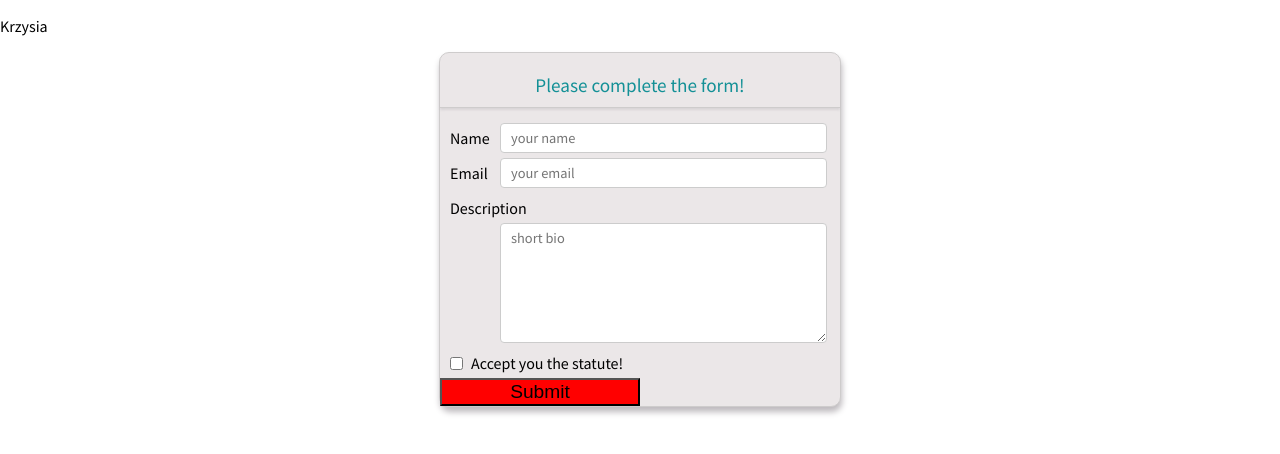
Repository: KrzysKolo/sr_tydzien4_zad2
Page: /
These files come from the project's save history. The page is drawn as it stood at one moment and after the next save; the edit follows.
The browser window is 1280 px wide. The pictures show the whole page.
The project was rebuilt for these pictures with package versions that can differ from the ones it lists, and the page was loaded fresh each time. Also part of the build but not shown: src/components/formComponents/ErrorMessage.js, src/components/formComponents/Message.js.

Above is the page before, as saved 2020-11-27 21:40:20.

### src/index.css
@import url("https://fonts.googleapis.com/css?family=Source+Sans+Pro");
body {
  margin: 0;
  font-family: "Source Sans Pro", sans-serif;
}

code {
  font-family: source-code-pro, Menlo, Monaco, Consolas, "Courier New",
    monospace;
}

### src/App.js
import React from 'react'
import Form from './components/Form';

function App() {
  return (
    <div>
      <p>Krzysia</p>
      <Form />
    </div>
  )
}

export default App

### src/components/Form.js
import React, { Component } from 'react';
import Input from './formComponents/Input';
import TextArea from './formComponents/TextArea';
import Checkbox from './formComponents/Checkbox';
import Button from './formComponents/Button';
import Header from './formComponents/Header';
import Message from './formComponents/Message';
import styled from 'styled-components';

const ContainerForm = styled.form`
width: 80%;
max-width: 400px;
background: rgb(235, 231, 232);
border: 1px solid rgb(206, 204, 204);
border-radius: 10px;
box-shadow: 1px 5px 6px rgb(189, 185, 189);
margin: 0 auto;
`;

class Form extends Component {

state = {
    Name: '',
    Email: '',
    Description: '',
    accept: false,
    message: '',
    errors: {
        Name: false,
        Email: false,
        Description: false,
        accept: false,
        }
}
message = {
    Name_incorrect: "Nazwa musi być dłuższa niż 5 znaków i nie może zawierać spacji",
    Email_incorrect: "Brak @ lub adres zawiera spacje",
    Description_incorrect: "Opis musi zawierać co najmniej 3 znaki",
    accept_incorrect: "Nie potwierdziłeś regulaminu",
}

handleChange = e =>{
    const inputName = e.target.name;
    const type = e.target.type
    if(type === "text" || type === "email" ) {
        const value = e.target.value;
        this.setState({
            [inputName] : value,
        })
    } else if (type === "checkbox") {
      const checked = e.target.checked;
      console.log(checked);
      this.setState({
        [inputName]: checked,
      })
    }
}
onSubmit = e => {
    e.preventDefault();
    const validation = this.formValidation();
    if(validation.correct) {
      this.setState({
        Name: "",
        Email: "",
        Description: '',
        accept: false,
        message: "The form has been submitted!",
        errors: {
          Name: false,
          Email: false,
          Description: false,
          accept: false,
        }
      })
    } else {
      this.setState({
        errors: {
          Name: !validation.Name,
          Email: !validation.Email,
          Description: !validation.Description,
          accept: !validation.accept,
        }
      })
    }
}

formValidation = () => {
    let Name = false;
    let Email = false;
    let Description = false;
    let accept = false;
    let correct = false;
    if(this.state.Name.length > 5) {
      Name = true;
    }
    if(this.state.Email.indexOf('@') !== -1 && this.state.Email.lastIndexOf(' ') === -1) {
      Email = true;
    }
    if(this.state.Description.length >= 3) {
      Description = true;
    }
    if(this.state.accept) {
      accept = true;
    }
    if (Name && Email && Description && accept){
        correct = true;
      }
   return ({
      Name,
      Email,
      Description,
      accept,
      correct,

    })

  }

    render () {

    return (
        <ContainerForm onSubmit={this.onSubmit} noValidate>
          <Header />
          <Input type="text" placeholder="your name" value={this.state.Name} name="Name" onChange={this.handleChange} errorInfo={this.state.errors.Name} message={this.message.Name_incorrect} />
          <Input type="email" placeholder="your email" value={this.state.Email} name="Email" onChange={this.handleChange} errorInfo={this.state.errors.Email} message={this.message.Email_incorrect} />
          <TextArea  type="text" rows="6" placeholder="short bio" value={this.state.Description} name="Description" onChange={this.handleChange} errorInfo={this.state.errors.Description} message={this.message.Description_incorrect} />
          <Checkbox  type="checkbox" name="accept" checked={this.state.accept}  onChange={this.handleChange} errorInfo={this.state.errors.accept} message={this.message.accept_incorrect} />
          <Button type="submit" />
          {this.state.message && <Message message={this.state.message} /> }
        </ContainerForm>
    )
    }
}

export default Form

### src/components/formComponents/Input.js
import React from 'react'
import styled from 'styled-components';
import ErrorMessage from './ErrorMessage';
const InputDiv = styled.div`
    display: flex;
    flex-direction: row;
    align-content: center;
    margin: 0 auto;
    padding-top: 5px;

`;
const InputLabel = styled.label`
    width: 10%;
    font-size: 1rem;
    padding: 5px 10px;
`;
const inputStyles = errorInfo => `
    width: 80%;
    max-width: 305px;
    padding: 5px 10px;
    border: 1px solid ${errorInfo ? '#d3170d' : '#ccc'};
    border-radius: 4px;
    font-family: inherit;
    font-size: 0.9rem;

`;
const InputError = styled.input`
    ${props => inputStyles(props.errorInfo)}
`;

const TextArea = (props) => {
    const { name, message, errorInfo }= props;
    return (
        <>
            <InputDiv>
                <InputLabel htmlFor={name} >{name} </InputLabel>
                <InputError id={name} {...props} errorInfo={errorInfo} message={message}/>
            </InputDiv>
            {errorInfo && <ErrorMessage message={message} /> }
        </>
    )

}

export default TextArea;

### src/components/formComponents/TextArea.js
import React from 'react'
import styled from 'styled-components';
import ErrorMessage from './ErrorMessage';

const TextAreaDiv = styled.div`
    display: flex;
    flex-direction: column;
    align-content: center;
    margin: 0 auto;
    padding-top: 5px;

`;
const TextAreaLabel = styled.label`
    width: 10%;
    font-size: 1rem;
    padding: 5px 10px;
`;
const textAreaStyles = errorInfo => `
    width: 80%;
    max-width: 305px;
    margin: 0 auto 0 15%;
    padding: 5px 10px;
    border: 1px solid ${errorInfo ? '#d3170d' : '#ccc'};
    border-radius: 4px;
    font-family: inherit;
    font-size: 0.9rem;

`;
const TextAreaError = styled.textarea`
    ${props => textAreaStyles(props.errorInfo)}
`;

const Input = (props) => {
    const { name, message, errorInfo }= props;
    return (
        <>
            <TextAreaDiv>
                <TextAreaLabel htmlFor={name}>{name} </TextAreaLabel>
                <TextAreaError id={name} {...props} errorInfo={errorInfo} message={message}/>
            </TextAreaDiv>
            {errorInfo && <ErrorMessage message={message} /> }
        </>
    )

}

export default Input;

### src/components/formComponents/Checkbox.js
import React from 'react'
import styled from 'styled-components';
import ErrorMessage from './ErrorMessage';

const CheckboxDiv = styled.div`
    display: flex;
    flex-direction: row;
    align-items: center;
    padding-top: 5px;

`;
const CheckboxLabel = styled.label`
    font-size: 1rem;
    padding: 5px;
`;

const CheckboxError = styled.input`
    margin-left: 10px;
`;

const Checkbox = (props) => {
    const { name, message, errorInfo }= props;
    return (
        <>
            <CheckboxDiv>
                <CheckboxError id={name} {...props} errorInfo={errorInfo} message={message}/>
                <CheckboxLabel htmlFor={name}> Accept you the statute! </CheckboxLabel>
            </CheckboxDiv>
            {errorInfo && <ErrorMessage message={message} /> }
        </>
    )

}

export default Checkbox;

### src/components/formComponents/Button.js
import React from 'react'
import styled from 'styled-components';

const BtnSubmit = styled.button`
 width: 200px;
 background: red;
 font-size: 1.2rem;
`;

const Button = () => {
    return (
        <BtnSubmit>Submit</BtnSubmit>
    )
}

export default Button;

### src/components/formComponents/Header.js
import React from 'react';
import styled from 'styled-components';

const HeaderTitle = styled.header`
    border-bottom: 1px solid rgb(206, 204, 204);
    box-shadow: 0 2px 2px rgba(189, 185, 189, 0.4);
    color: rgb(19, 144, 150);
    font-size: 1.2rem;
    font-wight: 900;
    padding: 10px;
    margin: 10px auto;
    text-align: center;

`;

const Header = () => {
    return (
        <HeaderTitle>
            Please complete the form!
        </HeaderTitle>
    )
}

export default Header;

Loaded but not shown: public/index.html (common file); src/index.js (common file)

After the next save:
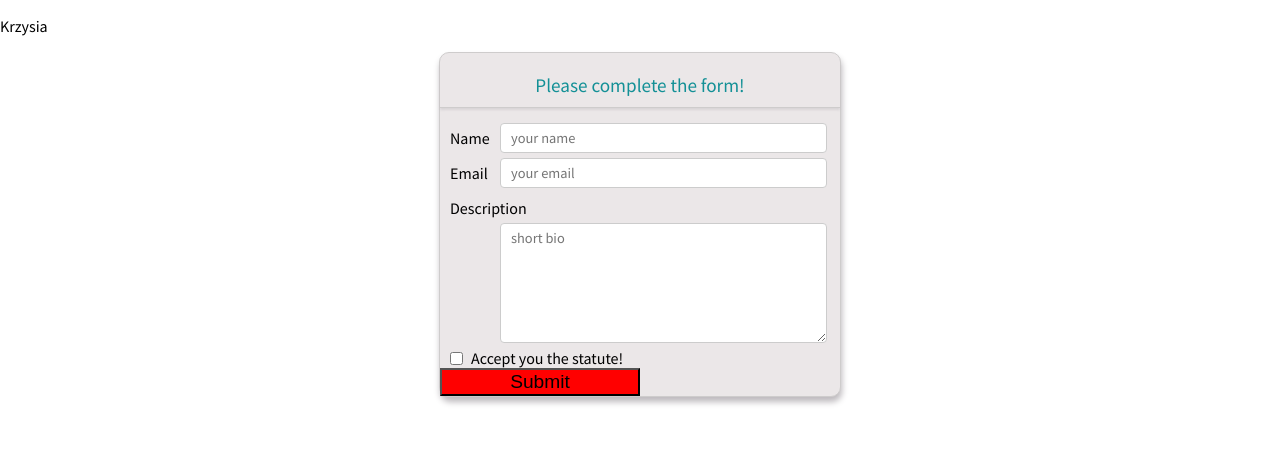
Saved 68 s later.
--- a/src/components/formComponents/Checkbox.js
+++ b/src/components/formComponents/Checkbox.js
@@ -6,7 +6,7 @@ const CheckboxDiv = styled.div`
     display: flex;
     flex-direction: row;
     align-items: center;
-    padding-top: 5px;
+    margin-bottom: -5px;
 
 `;
 const CheckboxLabel = styled.label`
